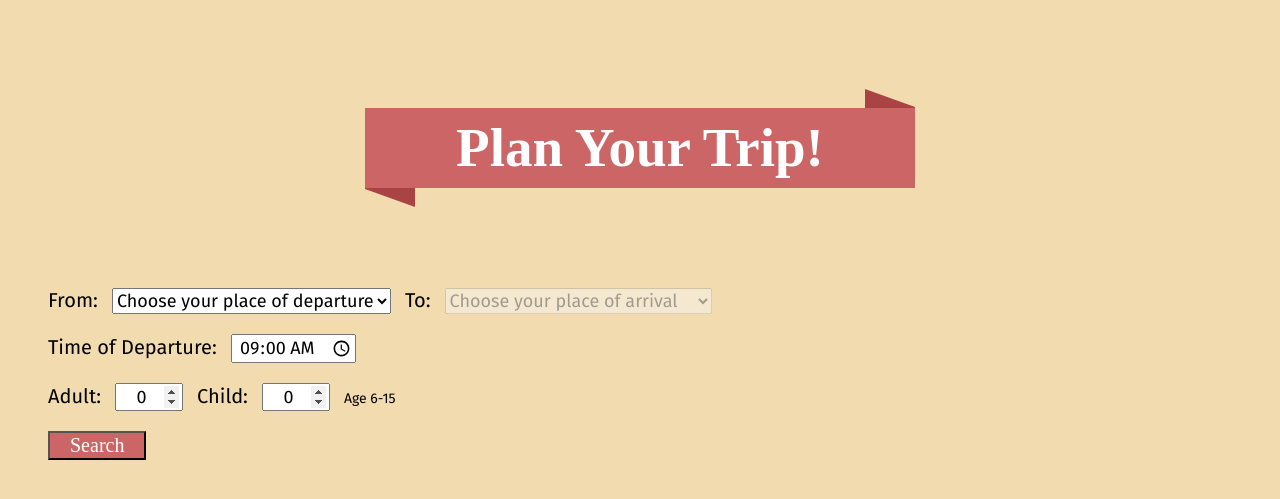
Repository: bbh0607/bae_dNation
Page: public/index.html
The author's editor kept a copy of each file at every save. The page is drawn from the files as they stood at one save, then again after a run of saves.
The browser window is 1280 px wide. The pictures show the whole page.
Some web fonts or font styles are not loaded; a fallback is used.

Above is the page before, as saved 2020-02-01 03:58:01.

After the next 2 saves:
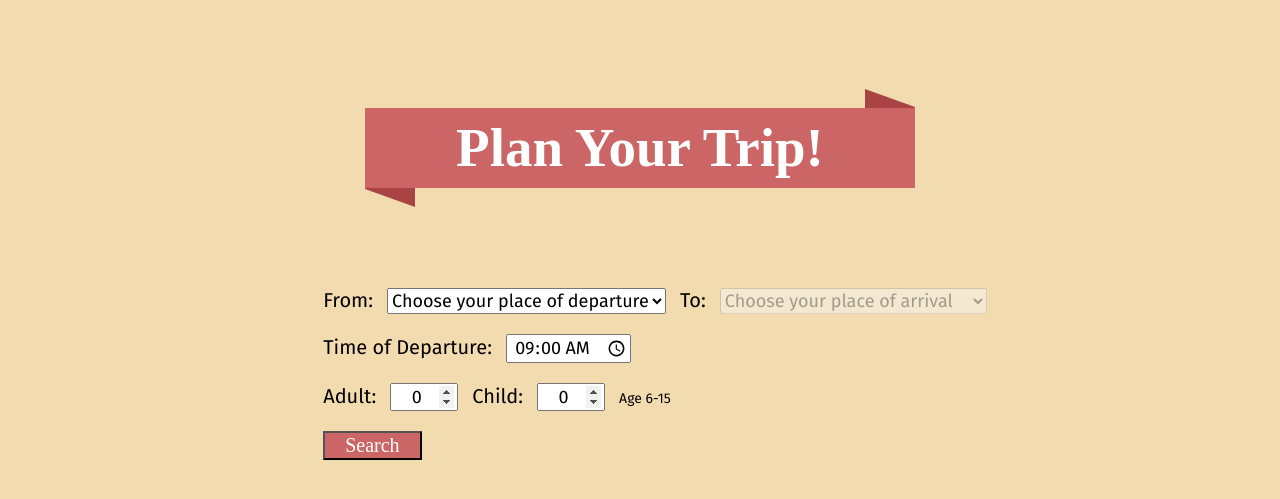
The 2 saves are shown as one change because they came seconds apart.
The last was saved 18 s later.
--- a/public/css/style.css
+++ b/public/css/style.css
@@ -42,7 +42,7 @@ label {
 
 ul {
   list-style-type: none;
-  align-self: center;
+  justify-self: center;
 }
 
 li {
